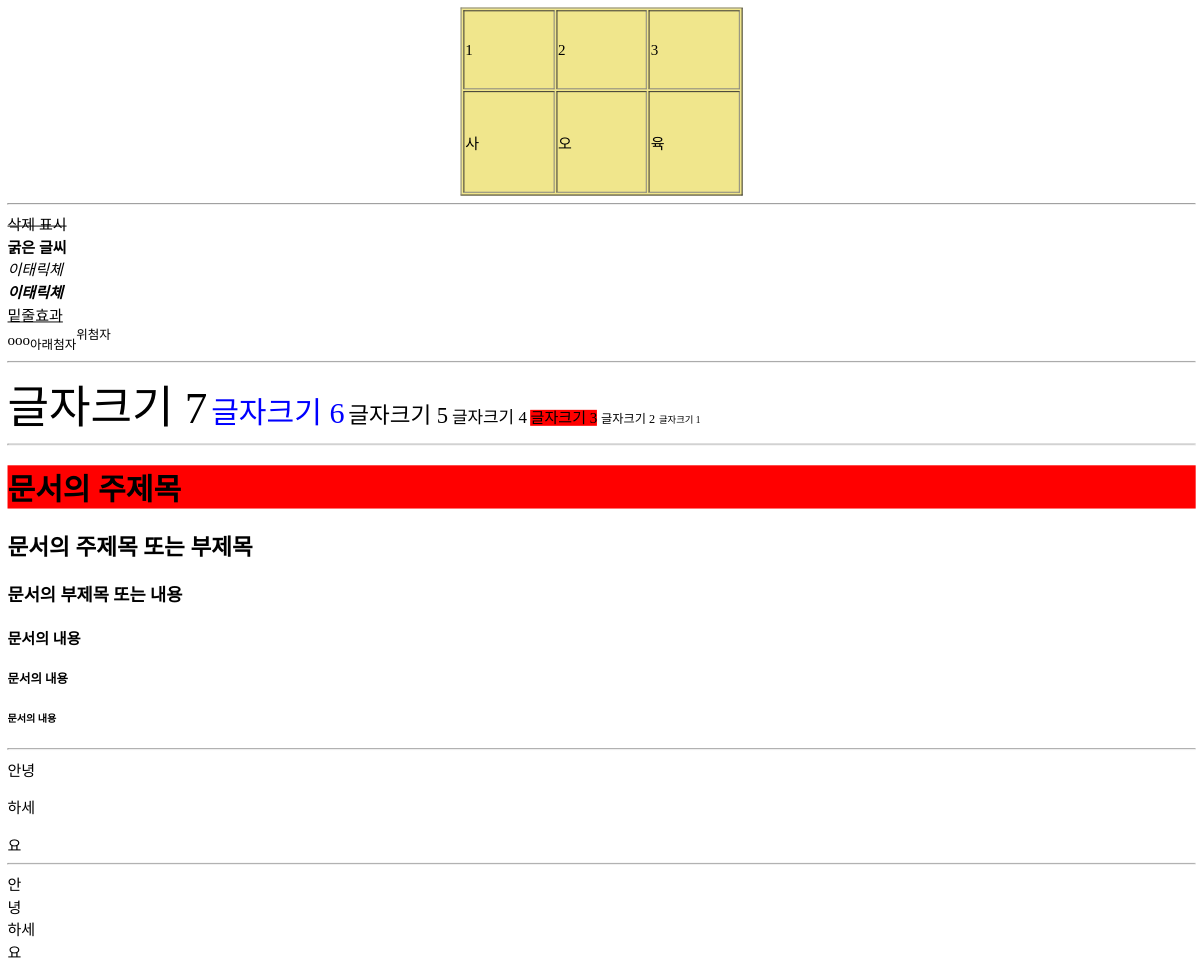
Repository: hui-Joo/html
Page: html/day01.html
An editor plug-in stored every save of this project. The page is shown before and after the next save, followed by the edit.
The browser window is 1280 px wide. The pictures show the whole page, at 94% of full size.

Above is the page before, as saved 2021-10-04 05:22:28.

### html/day01.html
<!DOCTYPE html>
<html>
<head>
<meta charset="utf-8"> <!-- 이건 없어됨 꺽쇠 느낌표 바바가 주석임 -->
<title>Insert title here</title>
</head>
<!--
<body text="white" bgcolor="black">
-->
<body>

<table border="1" align="center" height="200" width="300" bgcolor="khaki">
	<tr>
		<td>1</td><td>2</td><td>3</td>

	</tr>
	<tr>
		<td>사</td><td>오</td><td>육</td>

	</tr>
</table>

<hr>

<strike>삭제 표시</strike><br>
<b>굵은 글씨</b><br>
<i>이태릭체</i><br>
<i><b>이태릭체</b></i><br>
<u>밑줄효과</u><br>
ooo<sub>아래첨자</sub><sup>위첨자</sup>

<hr>

<font size="7">글자크기 7</font>
<font size="6" face="궁서체" color='blue'>글자크기 6</font>
<font size="5">글자크기 5</font>
<font size="4">글자크기 4</font>
<font size="3" style="background-color: red;">글자크기 3</font>
<font size="2">글자크기 2</font>
<font size="1">글자크기 1</font>

<hr>

<h1 style="background-color: red;">문서의 주제목</h1>
<h2>문서의 주제목 또는 부제목</h2>
<h3>문서의 부제목 또는 내용</h3>
<h4>문서의 내용</h4>
<h5>문서의 내용</h5>
<h6>문서의 내용</h6>

<hr>
	안녕
	<p>하세</p>
	요
<hr>
	안<br>녕<br>
	하세<br>
	요
<!--
	안녕하세요~
-->
</body>
</html>

After the next save:
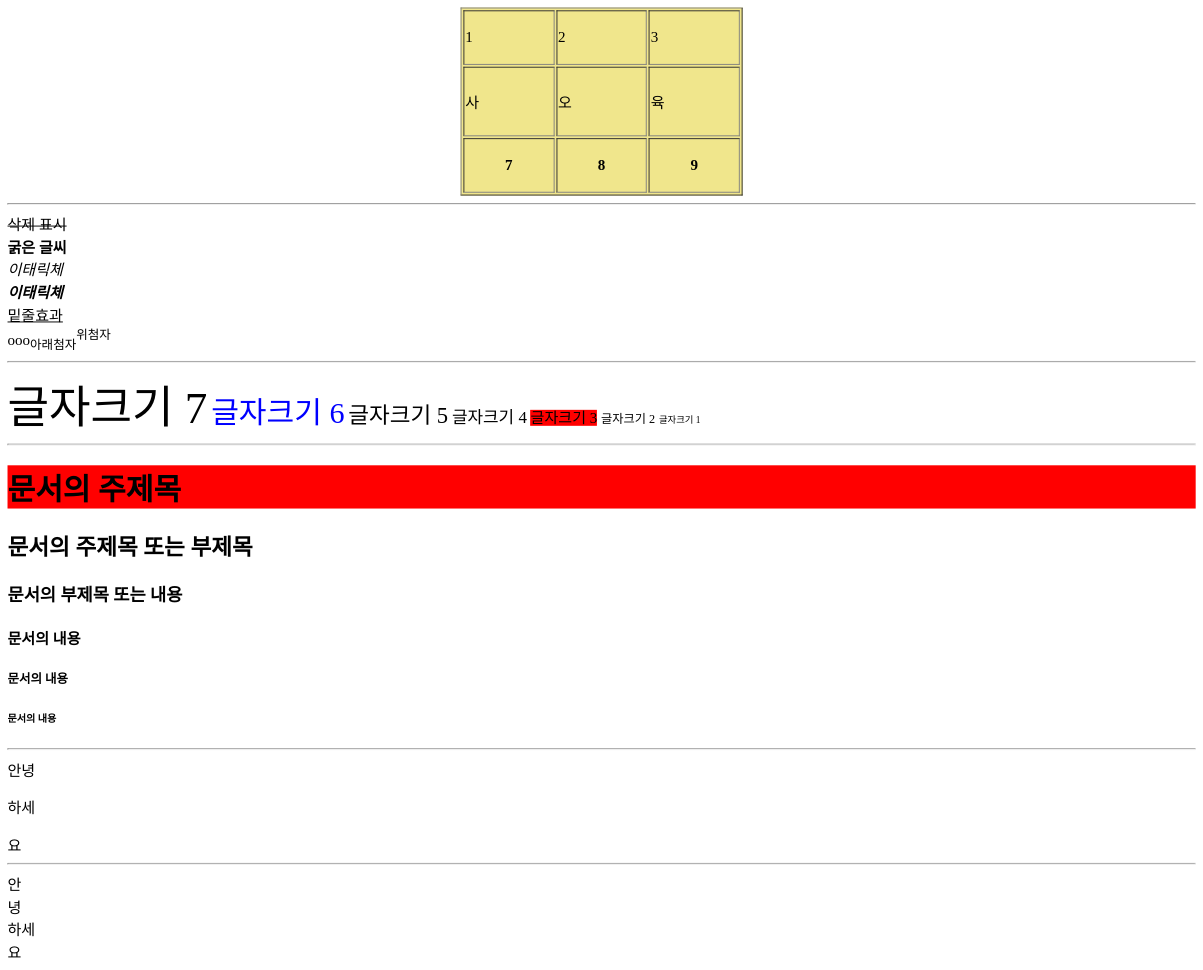
Saved 66 s later.
--- a/html/day01.html
+++ b/html/day01.html
@@ -16,6 +16,10 @@
 	</tr>
 	<tr>
 		<td>사</td><td>오</td><td>육</td>
+
+	</tr>
+	<tr>
+		<th>7</th><th>8</th><th>9</th>
 
 	</tr>
 </table>
